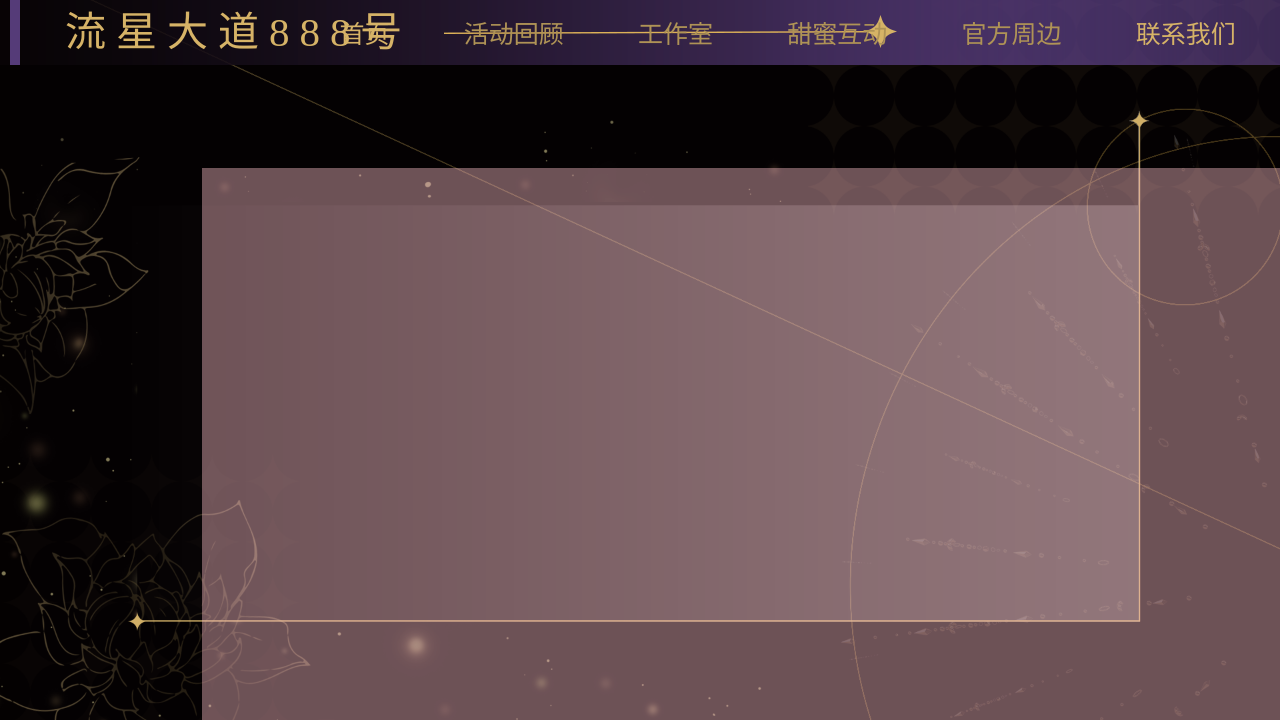
Repository: gojuyaneko/charlieComUI
Page: /lightandnight
The author's editor kept a copy of each file at every save. The page is drawn from the files as they stood at one save, then again after a run of saves.
The browser window is 1280 px wide. The pictures show the whole page.
Some web fonts or font styles are not loaded; a fallback is used. The project was rebuilt for these pictures with package versions that can differ from the ones it lists, and the page was loaded fresh each time. Also part of the build but not shown: vue.config.js.

Above is the page before, as saved 2023-05-27 00:17:59.

After the next 2 saves:
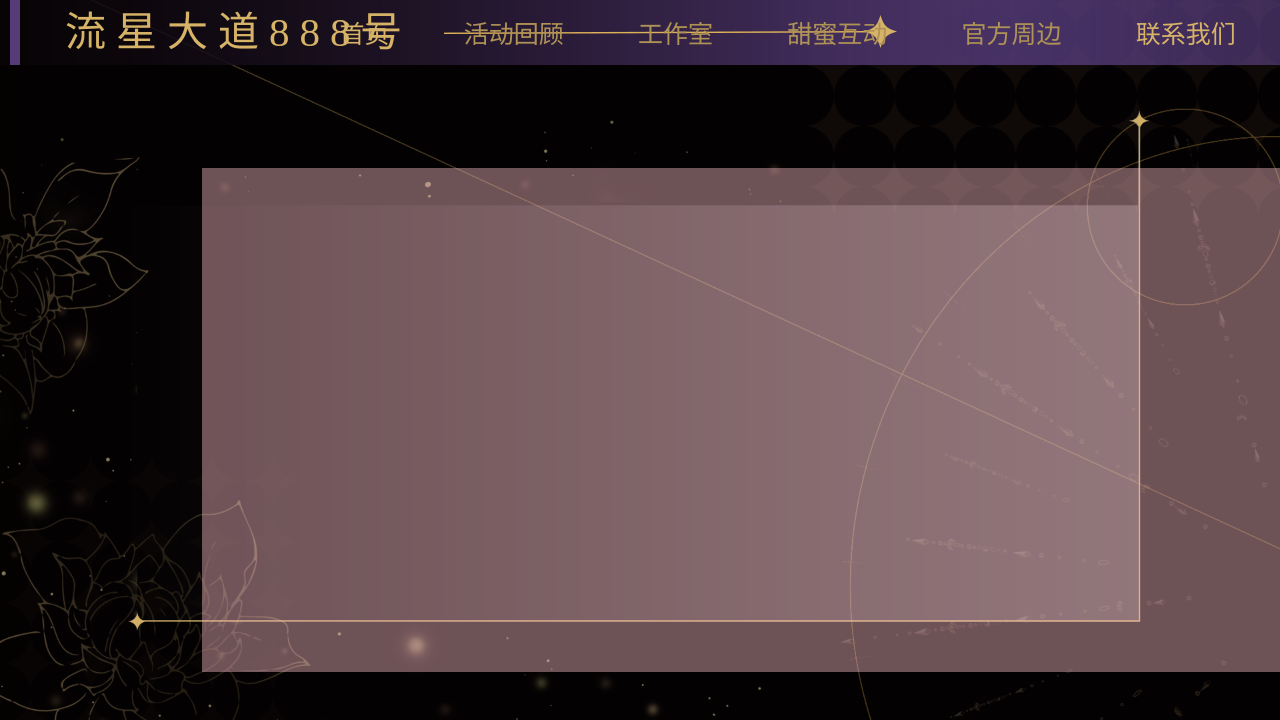
The 2 saves are shown as one change because they came seconds apart.
The last was saved 32 s later.
--- a/src/pages/lightAndNight/lightAndNight.vue
+++ b/src/pages/lightAndNight/lightAndNight.vue
@@ -32,7 +32,7 @@
   margin-top: 168px;
   margin-left: 202px;
   width: 1510px;
-  height: 770px;
+  height: 70%;
   background-color: rgba(255, 192, 203, 0.418);
 }
 </style>
